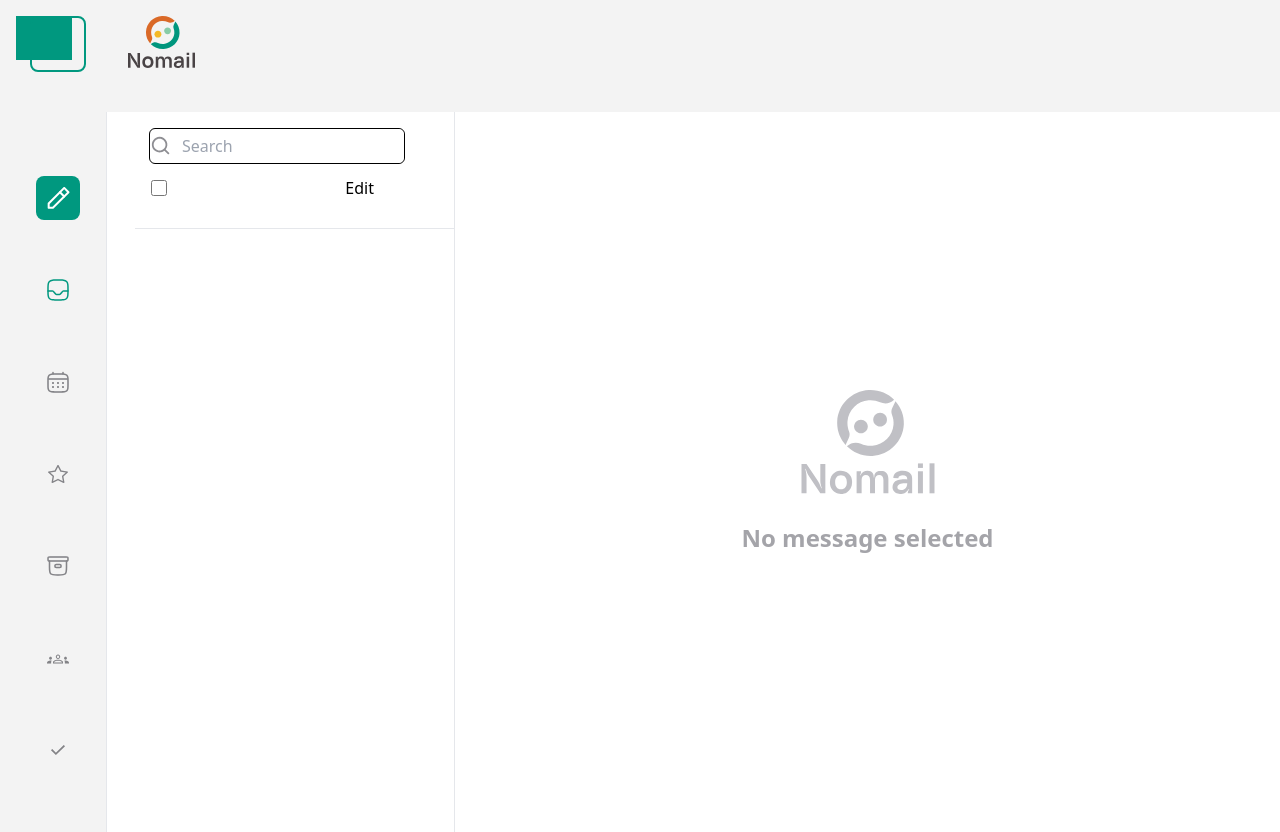
Repository: Tofigkh1/Nomail-App
Page: /
The author's editor kept a copy of each file at every save. The page is drawn from the files as they stood at one save, then again after the next save.
The browser window is 1280 px wide. The pictures show the whole page.
The project was rebuilt for these pictures with package versions that can differ from the ones it lists, and the page was loaded fresh each time. The framework's server and built-in components were replaced by stand-ins that run in the browser. Also part of the build but not shown: next.config.mjs.

Above is the page before, as saved 2024-09-25 20:56:40.

### app/layout.tsx
import type { Metadata } from "next";
import localFont from "next/font/local";
import "./Styles/globals.css";
import Header from "@/components/shared/client/Header/header";

const geistSans = localFont({
  src: "./fonts/GeistVF.woff",
  variable: "--font-geist-sans",
  weight: "100 900",
});
const geistMono = localFont({
  src: "./fonts/GeistMonoVF.woff",
  variable: "--font-geist-mono",
  weight: "100 900",
});

export const metadata: Metadata = {
  title: "Create Next App",
  description: "Generated by create next app",
};

export default function RootLayout({
  children,
}: Readonly<{
  children: React.ReactNode;
}>) {
  return (
    <html lang="en">
      <body
        className={`${geistSans.variable} ${geistMono.variable} antialiased`}
      >
        {children}

      </body>
    </html>
  );
}

### app/page.tsx
'use client'
import Header from "@/components/shared/client/Header/header";
import Sidebar, { SidebarItem, SidebarContext } from '../components/shared/client/SideBarMenu/sideBarMenu';
import { useState } from "react";
import NomailPaleSvg from '../components/shared/svg/nomailPaleSvg'
import NewMail from '../components/shared/svg/newMail'
import InboxSvg from '../components/shared/svg/InboxSvg'
import CalendarSvg from '../components/shared/svg/calendarSvg'
import FavoritesSvg from '../components/shared/svg/FavoritesSvg'
import ArchiveSvg from '../components/shared/svg/ArchiveSvg'
import GroupSvg from '../components/shared/svg/groupSvg'
import TodoSvg from '../components/shared/svg/TodoSvg'
import MainFrameMessage from "@/components/shared/client/MainFrameMessage";


// Home component managing the sidebar state
export default function Home() {
    const [expanded, setExpanded] = useState(false); // Sidebar state

    return (
        <SidebarContext.Provider value={{ expanded, setExpanded }}> {/* Provide state to children */}
            <div>
                <Header /> {/* Header can now access sidebar state */}

                <div className=" flex">

                    <div className="">
                        <Sidebar>
                            <SidebarItem
                                icon={<NewMail/>}
                                text="New Mail"
                            />
                            <SidebarItem
                                icon={<InboxSvg />}
                                text="Inbox"
                            />
                            <SidebarItem
                                icon={<CalendarSvg />}
                                text="Calendar"
                            />
                            <SidebarItem
                                icon={<FavoritesSvg />}
                                text="Favorites"
                            />
                            <SidebarItem
                                icon={<ArchiveSvg />}
                                text="Archive"
                            />
                            <SidebarItem
                                icon={<GroupSvg />}
                                text="Groups"
                            />
                            <SidebarItem
                                icon={<TodoSvg />}
                                text="To do"
                            />
                        </Sidebar>
                    </div>

                <MainFrameMessage/>


                    <div className="flex flex-grow justify-center items-center h-screen flex-col font-semibold text-textGray gap-7 text-2xl">
                        <NomailPaleSvg/>
                        <h1>No message selected</h1>
                    </div>
                </div>



            </div>
        </SidebarContext.Provider>
    );
}

### app/Styles/globals.css
@tailwind base;
@tailwind components;
@tailwind utilities;

:root {
  --background: #ffffff;
  --foreground: #171717;
}

@media (prefers-color-scheme: dark) {
  :root {
    --background: #0a0a0a;
    --foreground: #ededed;
  }
}


@layer utilities {
  .text-balance {
    text-wrap: balance;
  }
}

### components/shared/client/Header/header.tsx
import { useContext } from "react";
import { SidebarContext } from '../SideBarMenu/sideBarMenu'; // Import context
import NomailLogo from "@/components/shared/svg/headerlLogoSvg";
import HamburgerBtnSvg from "../../svg/hamburgerBtnSvg"



export default function Header() {

    const { expanded, setExpanded } = useContext(SidebarContext); // Access context

    return (
        <div className="flex items-center justify-between p-4 bg-headerColor text-white">
            <div className='w-auto h-20 flex gap-14'>

                <div>
                    <button onClick={() => setExpanded(!expanded)}
                            className="pl-3.5 bg-textColorGreen hover:bg-clientButtonGreen w-14 h-11">
                        <HamburgerBtnSvg/>
                    </button>
                </div>

                <div>
                    <NomailLogo/>
                </div>


            </div>
        </div>
    );
}

### components/shared/client/SideBarMenu/sideBarMenu.tsx
import React, { useState, useContext, ReactNode } from "react";
import { ChevronFirst, ChevronLast } from "lucide-react";

export const SidebarContext = React.createContext<{ expanded: boolean; setExpanded: (expanded: boolean) => void; }>({
    expanded: false,
    setExpanded: () => {},
});

// Sidebar component now depends on context for state
export default function Sidebar({ children }: { children: ReactNode }) {
    const { expanded, setExpanded } = useContext(SidebarContext);

    return (
        <aside className="h-screen bg-headerColor">
            <nav
                className={`h-full flex flex-col bg-headerColor border-r border-whiteLight3 transition-all duration-200 ease-in-out ml-3 ${expanded ? "w-[126%] h-[130%] " : "w-[95px]"}`}>
                <div className="p-4 pb-2 flex justify-between items-center">


                </div>
                <ul className="flex-1 px-3">{children}</ul>
            </nav>
        </aside>
    );
}

// SidebarItem component for individual items inside the sidebar
type SidebarItemProps = {
    icon: ReactNode;   // Icon to display in the sidebar item
    text: string;      // Text to display in the sidebar item
    active: boolean;   // Boolean to determine if the item is active (highlighted)
    onClick: () => void; // Add onClick function to handle clicks
};

export function SidebarItem({icon, text, active, onClick}: SidebarItemProps) {
    const context = useContext(SidebarContext); // Sidebar context to manage expanded/collapsed state
    const {expanded} = context!;

    return (
        <li
            onClick={onClick} // Attach the click handler here
            className={`group relative flex items-center py-2 px-3 my-1 font-medium rounded-md cursor-pointer transition-all duration-300 ease-in-out transition-colors mt-8
          ${
                active
                    ? " text-mainRedLight " // Active item style
                    : " text-gray-600 " // Hover style for non-active items
            }`}
        >

            <span className="text-xl transition-all duration-300 ease-in-out">
        {icon}
      </span>

            {/* Text büyütüldü ve boşluk artırıldı */}
            {expanded && (
                <span className="ml-4 text-xl text-black transition-all duration-300 ease-in-out ">
          {text}
        </span>
            )}

            {/* Navbar kapalıyken hover ile çıkan isimler için arka plan yeşil yapıldı */}
            {!expanded && (
                <span
                    className={` absolute left-full whitespace-nowrap bg-textColorGreen text-white rounded-md py-1 px-2 transition-all duration-300 ease-in-out ml-2 opacity-0 group-hover:opacity-100`}
                >
          {text}
        </span>
            )}
        </li>
    );
}

### components/shared/svg/newMail.jsx
'use client'
export default function  newMail(){
    return(
        <>
            <svg width="44" height="44" viewBox="0 0 44 44" fill="none" xmlns="http://www.w3.org/2000/svg">
                <rect width="44" height="44" rx="8" fill="#00987F"/>
                <path fill-rule="evenodd" clip-rule="evenodd"
                      d="M27.5115 11.2439C27.902 10.8534 28.5351 10.8534 28.9257 11.2438L33.1687 15.4863C33.3562 15.6739 33.4616 15.9282 33.4616 16.1935C33.4616 16.4587 33.3562 16.7131 33.1687 16.9006L17.6122 32.4571C17.4247 32.6446 17.1703 32.75 16.9051 32.75H12.6626C12.1103 32.75 11.6626 32.3023 11.6626 31.75V27.5075C11.6626 27.2423 11.768 26.9879 11.9555 26.8004L27.5115 11.2439ZM28.2187 13.3652L13.6626 27.9217V30.75H16.4909L31.0473 16.1935L28.2187 13.3652Z"
                      fill="white"/>
                <path fill-rule="evenodd" clip-rule="evenodd"
                      d="M23.269 15.4864C23.6595 15.0959 24.2927 15.0959 24.6832 15.4864L28.9257 19.7289C29.3162 20.1194 29.3162 20.7526 28.9257 21.1431C28.5352 21.5336 27.902 21.5336 27.5115 21.1431L23.269 16.9006C22.8784 16.5101 22.8784 15.8769 23.269 15.4864Z"
                      fill="white"/>
            </svg>


        </>
    )
}

### components/shared/svg/InboxSvg.jsx
'use client'
export default function  inboxSvg(){
    return(
        <>
            <svg width="44" height="44" viewBox="0 0 44 44" fill="none" xmlns="http://www.w3.org/2000/svg">
                <path fill-rule="evenodd" clip-rule="evenodd"
                      d="M16.6139 12.9263C15.3358 13.0981 14.5647 13.4248 13.9942 13.9944C13.4248 14.5644 13.0981 15.3353 12.9263 16.6135C12.7516 17.9136 12.75 19.6218 12.75 22C12.75 24.3782 12.7516 26.0867 12.9263 27.3867C13.0982 28.6653 13.425 29.4357 13.9941 30.0045C14.5641 30.5745 15.3352 30.9016 16.6136 31.0736C17.9136 31.2484 19.6218 31.25 22 31.25C24.3782 31.25 26.0866 31.2484 27.3867 31.0736C28.6651 30.9016 29.4355 30.5746 30.0043 30.005C30.5741 29.4356 30.9016 28.6646 31.0736 27.3863C31.2484 26.0864 31.25 24.3782 31.25 22C31.25 19.6218 31.2484 17.9139 31.0736 16.614C30.9016 15.3358 30.5747 14.5647 30.0045 13.9941C29.4351 13.4249 28.6646 13.0981 27.3863 12.9263C26.0864 12.7516 24.3782 12.75 22 12.75C19.6218 12.75 17.9138 12.7516 16.6139 12.9263ZM21.9426 11.25H22.0574C24.3657 11.25 26.1748 11.25 27.5862 11.4397C29.0308 11.6339 30.1707 12.0391 31.0653 12.9337C31.9602 13.8291 32.3659 14.9692 32.5602 16.414C32.75 17.8255 32.75 19.6342 32.75 21.9426V22.0574C32.75 24.3658 32.75 26.1748 32.5602 27.5862C32.3659 29.0307 31.9605 30.1706 31.0655 31.0651C30.1714 31.9604 29.0313 32.3659 27.5866 32.5602C26.175 32.75 24.3658 32.75 22.0574 32.75H21.9426C19.6342 32.75 17.8252 32.75 16.4137 32.5602C14.9689 32.3659 13.8289 31.9604 12.9339 31.0655C12.0392 30.1713 11.6338 29.0311 11.4397 27.5865C11.25 26.175 11.25 24.3657 11.25 22.0574V21.9426C11.25 19.6343 11.25 17.8252 11.4397 16.4137C11.6339 14.969 12.039 13.8289 12.9335 12.9339C13.829 12.0396 14.9694 11.6339 16.4141 11.4397C17.8255 11.25 19.6343 11.25 21.9426 11.25ZM12.9339 31.0655C12.9338 31.0655 12.9339 31.0656 12.9339 31.0655V31.0655Z"
                      fill="#00987F"/>
                <path fill-rule="evenodd" clip-rule="evenodd"
                      d="M16.6027 23.8644C16.3887 23.766 16.1336 23.75 15.16 23.75H12C11.5858 23.75 11.25 23.4142 11.25 23C11.25 22.5858 11.5858 22.25 12 22.25H15.16C15.2053 22.25 15.25 22.25 15.2942 22.2499C16.0666 22.2491 16.6788 22.2485 17.2293 22.5016C17.7787 22.7542 18.1756 23.2183 18.6754 23.8025C18.7053 23.8375 18.7356 23.873 18.7664 23.9088C18.7664 23.9088 18.7664 23.9088 18.7664 23.9088L19.3721 24.6145C20.0064 25.3544 20.1836 25.5373 20.3973 25.6356C20.6113 25.734 20.8654 25.75 21.84 25.75H22.16C23.1336 25.75 23.3887 25.734 23.6027 25.6356C23.8164 25.5373 23.9933 25.3547 24.6276 24.6148L25.2336 23.9088C25.2335 23.9089 25.2337 23.9087 25.2336 23.9088C25.2643 23.8731 25.2948 23.8374 25.3246 23.8025C25.8244 23.2183 26.2213 22.7542 26.7707 22.5016C27.3212 22.2485 27.9324 22.2491 28.7057 22.2499C28.7499 22.25 28.7947 22.25 28.84 22.25H32C32.4142 22.25 32.75 22.5858 32.75 23C32.75 23.4142 32.4142 23.75 32 23.75H28.84C27.8654 23.75 27.6113 23.766 27.3973 23.8644C27.1836 23.9627 27.0067 24.1453 26.3724 24.8852L25.7664 25.5912C25.7663 25.5913 25.7665 25.5911 25.7664 25.5912C25.7357 25.6269 25.7052 25.6626 25.6754 25.6975C25.1756 26.2817 24.7787 26.7458 24.2293 26.9984C23.6788 27.2515 23.0666 27.2509 22.2942 27.2501C22.25 27.25 22.2053 27.25 22.16 27.25H21.84C21.7947 27.25 21.7499 27.25 21.7057 27.2501C20.9324 27.2509 20.3212 27.2515 19.7707 26.9984C19.2213 26.7458 18.8244 26.2817 18.3246 25.6975C18.2948 25.6626 18.2645 25.6272 18.2339 25.5915L17.6279 24.8855C16.9936 24.1456 16.8164 23.9627 16.6027 23.8644Z"
                      fill="#00987F"/>
            </svg>


        </>
    )
}

### components/shared/svg/FavoritesSvg.jsx
'use client'
export default function  favoritesSvg(){
    return(
        <>
            <svg width="44" height="44" viewBox="0 0 44 44" fill="none" xmlns="http://www.w3.org/2000/svg">
                <path
                    d="M15.5808 30.2201C15.4833 30.7528 16.0307 31.1692 16.5132 30.9316L22.0006 28.2246L27.4868 30.9316C27.9693 31.1692 28.5168 30.7528 28.4193 30.2213L27.3818 24.5457L31.7842 20.5188C32.1967 20.142 31.9842 19.4533 31.4317 19.3789L25.3093 18.5438L22.5794 13.3517C22.5274 13.2465 22.4453 13.1576 22.3428 13.0953C22.2402 13.0331 22.1214 13 22 13C21.8787 13 21.7598 13.0331 21.6573 13.0953C21.5547 13.1576 21.4727 13.2465 21.4206 13.3517L18.6907 18.545L12.5683 19.3801C12.0171 19.4545 11.8033 20.1432 12.2146 20.52L16.6182 24.5469L15.5808 30.2225V30.2201ZM21.7119 26.8999L17.1045 29.1725L17.972 24.4245C17.9928 24.3152 17.9852 24.2026 17.9496 24.0969C17.914 23.9911 17.8517 23.8955 17.7682 23.8185L14.1358 20.4948L19.2007 19.8037C19.3054 19.788 19.4046 19.7484 19.4901 19.6883C19.5756 19.6281 19.6448 19.5492 19.6919 19.4581L21.9981 15.0688L24.3068 19.4581C24.354 19.5492 24.4232 19.6281 24.5086 19.6883C24.5941 19.7484 24.6934 19.788 24.7981 19.8037L29.863 20.4936L26.2306 23.8173C26.1469 23.8944 26.0844 23.9903 26.0488 24.0962C26.0133 24.2022 26.0057 24.315 26.0268 24.4245L26.8943 29.1725L22.2869 26.8999C22.1979 26.8555 22.0991 26.8324 21.9988 26.8324C21.8985 26.8324 21.8009 26.8555 21.7119 26.8999Z"
                    fill="#A4A4A9"/>
                <path
                    d="M15.5808 30.2201C15.4833 30.7528 16.0307 31.1692 16.5132 30.9316L22.0006 28.2246L27.4868 30.9316C27.9693 31.1692 28.5168 30.7528 28.4193 30.2213L27.3818 24.5457L31.7842 20.5188C32.1967 20.142 31.9842 19.4533 31.4317 19.3789L25.3093 18.5438L22.5794 13.3517C22.5274 13.2465 22.4453 13.1576 22.3428 13.0953C22.2402 13.0331 22.1214 13 22 13C21.8787 13 21.7598 13.0331 21.6573 13.0953C21.5547 13.1576 21.4727 13.2465 21.4206 13.3517L18.6907 18.545L12.5683 19.3801C12.0171 19.4545 11.8033 20.1432 12.2146 20.52L16.6182 24.5469L15.5808 30.2225V30.2201ZM21.7119 26.8999L17.1045 29.1725L17.972 24.4245C17.9928 24.3152 17.9852 24.2026 17.9496 24.0969C17.914 23.9911 17.8517 23.8955 17.7682 23.8185L14.1358 20.4948L19.2007 19.8037C19.3054 19.788 19.4046 19.7484 19.4901 19.6883C19.5756 19.6281 19.6448 19.5492 19.6919 19.4581L21.9981 15.0688L24.3068 19.4581C24.354 19.5492 24.4232 19.6281 24.5086 19.6883C24.5941 19.7484 24.6934 19.788 24.7981 19.8037L29.863 20.4936L26.2306 23.8173C26.1469 23.8944 26.0844 23.9903 26.0488 24.0962C26.0133 24.2022 26.0057 24.315 26.0268 24.4245L26.8943 29.1725L22.2869 26.8999C22.1979 26.8555 22.0991 26.8324 21.9988 26.8324C21.8985 26.8324 21.8009 26.8555 21.7119 26.8999Z"
                    fill="black" fill-opacity="0.2"/>
            </svg>


        </>
    )
}

### components/shared/svg/ArchiveSvg.jsx
'use client'
export default function archiveSvg(){
    return(
        <>
            <svg width="44" height="44" viewBox="0 0 44 44" fill="none" xmlns="http://www.w3.org/2000/svg">
                <path
                    d="M19 22C19 21.534 19 21.301 19.076 21.117C19.1777 20.8725 19.3723 20.6783 19.617 20.577C19.801 20.5 20.034 20.5 20.5 20.5H23.5C23.966 20.5 24.199 20.5 24.383 20.576C24.6275 20.6777 24.8217 20.8723 24.923 21.117C25 21.301 25 21.534 25 22C25 22.466 25 22.699 24.924 22.883C24.8223 23.1275 24.6277 23.3217 24.383 23.423C24.199 23.5 23.966 23.5 23.5 23.5H20.5C20.034 23.5 19.801 23.5 19.617 23.424C19.3725 23.3223 19.1783 23.1277 19.077 22.883C19 22.699 19 22.466 19 22Z"
                    stroke="#A4A4A9" stroke-width="1.5"/>
                <path
                    d="M19 22C19 21.534 19 21.301 19.076 21.117C19.1777 20.8725 19.3723 20.6783 19.617 20.577C19.801 20.5 20.034 20.5 20.5 20.5H23.5C23.966 20.5 24.199 20.5 24.383 20.576C24.6275 20.6777 24.8217 20.8723 24.923 21.117C25 21.301 25 21.534 25 22C25 22.466 25 22.699 24.924 22.883C24.8223 23.1275 24.6277 23.3217 24.383 23.423C24.199 23.5 23.966 23.5 23.5 23.5H20.5C20.034 23.5 19.801 23.5 19.617 23.424C19.3725 23.3223 19.1783 23.1277 19.077 22.883C19 22.699 19 22.466 19 22Z"
                    stroke="black" stroke-opacity="0.2" stroke-width="1.5"/>
                <path
                    d="M30.5 17V23C30.5 26.771 30.5 28.657 29.328 29.828C28.157 31 26.271 31 22.5 31H21.5C17.729 31 15.843 31 14.672 29.828C13.5 28.657 13.5 26.771 13.5 23V17"
                    stroke="#A4A4A9" stroke-width="1.5" stroke-linecap="round"/>
                <path
                    d="M30.5 17V23C30.5 26.771 30.5 28.657 29.328 29.828C28.157 31 26.271 31 22.5 31H21.5C17.729 31 15.843 31 14.672 29.828C13.5 28.657 13.5 26.771 13.5 23V17"
                    stroke="black" stroke-opacity="0.2" stroke-width="1.5" stroke-linecap="round"/>
                <path
                    d="M12 15C12 14.057 12 13.586 12.293 13.293C12.586 13 13.057 13 14 13H30C30.943 13 31.414 13 31.707 13.293C32 13.586 32 14.057 32 15C32 15.943 32 16.414 31.707 16.707C31.414 17 30.943 17 30 17H14C13.057 17 12.586 17 12.293 16.707C12 16.414 12 15.943 12 15Z"
                    stroke="#A4A4A9" stroke-width="1.5"/>
                <path
                    d="M12 15C12 14.057 12 13.586 12.293 13.293C12.586 13 13.057 13 14 13H30C30.943 13 31.414 13 31.707 13.293C32 13.586 32 14.057 32 15C32 15.943 32 16.414 31.707 16.707C31.414 17 30.943 17 30 17H14C13.057 17 12.586 17 12.293 16.707C12 16.414 12 15.943 12 15Z"
                    stroke="black" stroke-opacity="0.2" stroke-width="1.5"/>
            </svg>

        </>
    )
}

### components/shared/svg/TodoSvg.jsx
'use client'
export default function  todoSvg(){
    return(
        <>
            <svg width="44" height="44" viewBox="0 0 44 44" fill="none" xmlns="http://www.w3.org/2000/svg">
                <path d="M19.8957 27L15 22.2599L16.2239 21.0748L19.8957 24.6299L27.7761 17L29 18.185L19.8957 27Z"
                      fill="#A4A4A9"/>
                <path d="M19.8957 27L15 22.2599L16.2239 21.0748L19.8957 24.6299L27.7761 17L29 18.185L19.8957 27Z"
                      fill="black" fill-opacity="0.2"/>
            </svg>

        </>
    )
}

### components/shared/client/MainFrameMessage/index.tsx
import CheckboxComponent from "../CheckBox";
import SearchIconSvg from "../../svg/SearchIconSvg";

export default function MainFrameMessage() {

    return (
        <>
            <div className='w-80 h-screen border-r border-whiteLight3 ml-7 '>
                {/* Search bar container */}
                <div className="flex items-center border border-black rounded-md w-64 h-9 ml-3.5 mt-4">

                    <SearchIconSvg className="ml-8" />

                    <input
                        style={{ textIndent: '10px' }}
                        placeholder='Search'
                        className="w-full h-full rounded-md outline-none border-none"
                        type="Search"
                    />
                </div>

                <div className='flex text-textColGreen font-medium justify-between'>
                    <CheckboxComponent />
                    <button className=" mr-20">Edit</button>
                </div>
                <div className="border-b border-whiteLight3 mt-4 w-full"></div>

            </div>
        </>
    );
}

### components/shared/svg/hamburgerBtnSvg.jsx
'use client'
export default function  HamburgerBtnSvg(){
    return(
        <>
            <svg width="56" height="56" viewBox="0 0 56 56" fill="none" xmlns="http://www.w3.org/2000/svg">
                <rect x="1" y="1" width="54" height="54" rx="7" stroke="#00987F" stroke-width="2"/>
                <path d="M19 22H37V24H19V22ZM19 27H37V29H19V27ZM19 32H37V34H19V32Z" fill="#00987F"/>
            </svg>


        </>
    )
}

### components/shared/client/CheckBox/index.tsx
import { useState } from 'react';

export default function CheckboxComponent() {

    const [isChecked, setIsChecked] = useState(false);


    const handleCheckboxChange = (event) => {
        setIsChecked(event.target.checked);
    };

    return (
        <div className="p-4">
            <label className="flex items-center space-x-2">
                <input
                    type="checkbox"
                    checked={isChecked}
                    onChange={handleCheckboxChange}
                    className="h-4 w-4"
                />

            </label>
        </div>
    );
}

### components/shared/svg/SearchIconSvg.jsx
'use client'
export default function SearchIconSvg(){
    return(
        <>
            <svg width="24" height="24" viewBox="0 0 24 24" fill="none" xmlns="http://www.w3.org/2000/svg">
                <path fill-rule="evenodd" clip-rule="evenodd"
                      d="M10.5 2C9.1446 2.00012 7.80887 2.32436 6.60427 2.94569C5.39966 3.56702 4.3611 4.46742 3.57525 5.57175C2.78939 6.67609 2.27902 7.95235 2.08672 9.29404C1.89442 10.6357 2.02576 12.004 2.46979 13.2846C2.91382 14.5652 3.65766 15.7211 4.63925 16.6557C5.62084 17.5904 6.81171 18.2768 8.11252 18.6576C9.41333 19.0384 10.7864 19.1026 12.117 18.8449C13.4477 18.5872 14.6975 18.015 15.762 17.176L19.414 20.828C19.6026 21.0102 19.8552 21.111 20.1174 21.1087C20.3796 21.1064 20.6304 21.0012 20.8158 20.8158C21.0012 20.6304 21.1064 20.3796 21.1087 20.1174C21.111 19.8552 21.0102 19.6026 20.828 19.414L17.176 15.762C18.164 14.5086 18.7792 13.0024 18.9511 11.4157C19.123 9.82905 18.8448 8.22602 18.1482 6.79009C17.4517 5.35417 16.3649 4.14336 15.0123 3.29623C13.6597 2.44911 12.096 1.99989 10.5 2ZM4.00001 10.5C4.00001 8.77609 4.68483 7.12279 5.90382 5.90381C7.1228 4.68482 8.7761 4 10.5 4C12.2239 4 13.8772 4.68482 15.0962 5.90381C16.3152 7.12279 17 8.77609 17 10.5C17 12.2239 16.3152 13.8772 15.0962 15.0962C13.8772 16.3152 12.2239 17 10.5 17C8.7761 17 7.1228 16.3152 5.90382 15.0962C4.68483 13.8772 4.00001 12.2239 4.00001 10.5Z"
                      fill="#8E8E93"/>
            </svg>

        </>
    )
}

### tailwind.config.ts
import type { Config } from "tailwindcss";

const config: Config = {
  content: [
    "./pages/**/*.{js,ts,jsx,tsx,mdx}",
    "./components/**/*.{js,ts,jsx,tsx,mdx}",
    "./app/**/*.{js,ts,jsx,tsx,mdx}",
  ],
  theme: {
    extend: {
      colors: {
        background: "var(--background)",
        foreground: "var(--foreground)",
        headerColor: "#F3F3F3",
        textColorGreen: "#00987F",
        textGray: "#A4A4A9"
      },
    },
  },
  plugins: [],
};
export default config;

Loaded but not shown: components/shared/svg/calendarSvg.jsx (29 lines, source omitted); components/shared/svg/groupSvg.jsx (17 lines, source omitted); components/shared/svg/nomailPaleSvg.jsx (38 lines, source omitted); components/shared/svg/headerlLogoSvg.jsx (38 lines, source omitted)

After the next save:
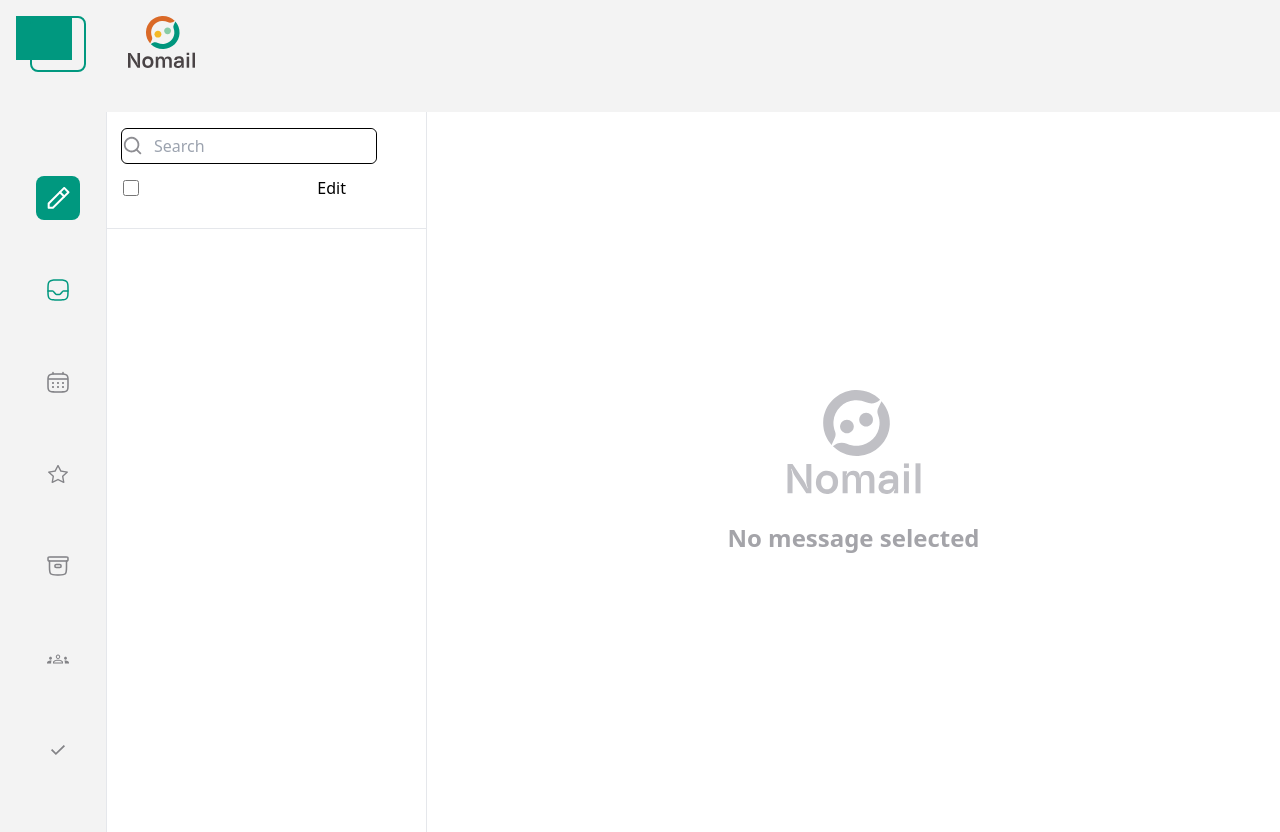
Saved 24 s later.
--- a/components/shared/client/MainFrameMessage/index.tsx
+++ b/components/shared/client/MainFrameMessage/index.tsx
@@ -5,7 +5,7 @@
 
     return (
         <>
-            <div className='w-80 h-screen border-r border-whiteLight3 ml-7 '>
+            <div className='w-80 h-screen border-r border-whiteLight3  '>
                 {/* Search bar container */}
                 <div className="flex items-center border border-black rounded-md w-64 h-9 ml-3.5 mt-4">
 
